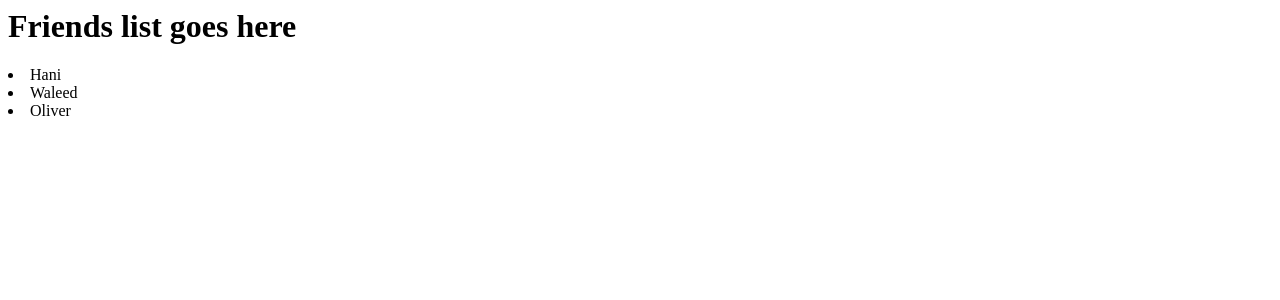
Repository: Patrick-Erath/Aplusmazing
Page: http://localhost/friends
The author's editor kept a record of every edit. The page is drawn from the files as they stood at one moment, then again after the next edit.
The browser window is 1280 px wide. The pictures show the whole page.
The page is served by the project's Node server (MoreExpress/PostRequestDemo/app.js).

Above is the page before.

### workspace/MoreExpress/PostRequestDemo/views/friends.ejs
<h1>Friends list goes here </h1>

<% friends.forEach(function(friendName){ %>
    <li><%= friendName %></li>
<% }); %>

### workspace/MoreExpress/PostRequestDemo/app.js
var express = require ("express");
var app = express();

app.set("view engine", "ejs");

// root route
app.get("/", function(req, res){
    res.render("home");
});

// post route, (remeber )
app.post("/addfriend", function(req, res){
   console.log(req.body);
   res.send("Currently at post route");
});

app.get("/friends", function(req, res){
    var friends = ["Hani", "Waleed", "Oliver"];
    res.render("friends", {friends: friends});
});

app.listen(process.env.PORT, process.env.IP, function(){
    console.log("Server Launched");
})

After the next edit:
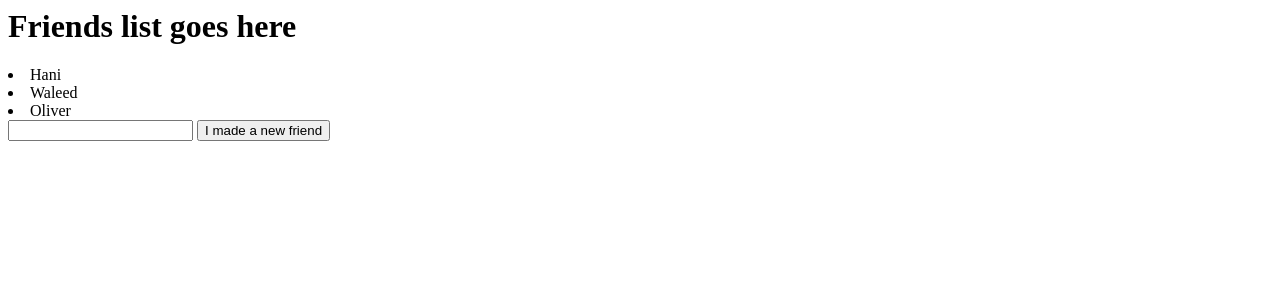
The edit:
--- a/workspace/MoreExpress/PostRequestDemo/views/friends.ejs
+++ b/workspace/MoreExpress/PostRequestDemo/views/friends.ejs
@@ -3,3 +3,8 @@
 <% friends.forEach(function(friendName){ %>
     <li><%= friendName %></li>
 <% }); %>
+
+<form action="/addfriend" method="POST">
+    <input type="text" name="newfriend",placeholder="name">
+    <button>I made a new friend</button>
+</form>
